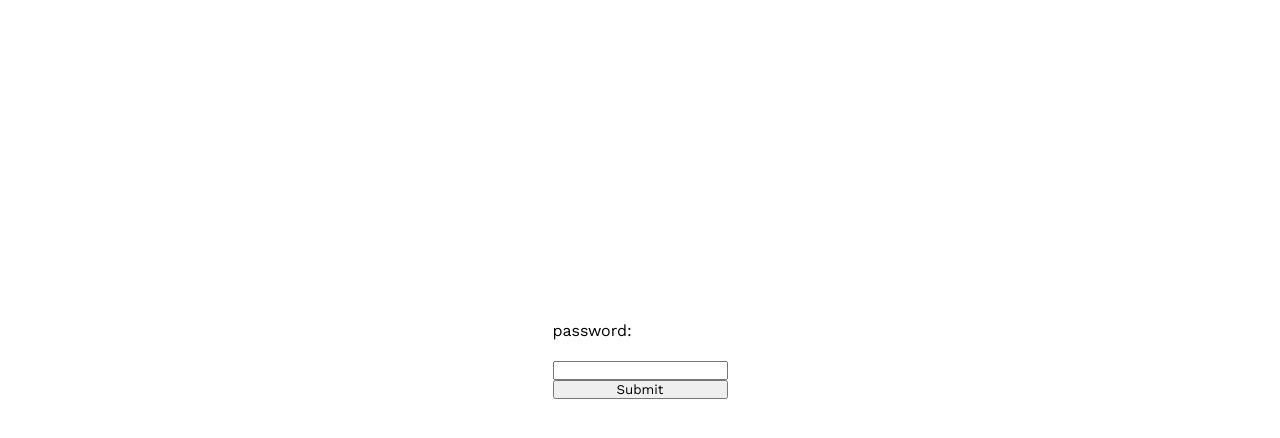
Repository: DOODpls/final_portfolio
Page: http://localhost/login
The author's editor kept a copy of each file at every save. The page is drawn from the files as they stood at one save, then again after the next save.
The browser window is 1280 px wide. The pictures show the whole page.
Some web fonts or font styles are not loaded; a fallback is used. The page is served by the project's Node server (app.js). Other server files are loaded and not shown.

Above is the page before, as saved 2019-12-11 23:26:10.

### views/adminlogin.ejs
<!DOCTYPE html>
<html lang="en">
<head>
  <meta charset="UTF-8">
  <meta name="viewport" content="width=device-width, initial-scale=1.0">
  <meta http-equiv="X-UA-Compatible" content="ie=edge">
  <link rel="stylesheet" href="/css/admin.css">
  <title>Document</title>
</head>
<body>
  <div class="admin-container">
    <form action="/admin" class="adminform">
      <div class="password">
        <p>password: </p>
        <input type="password" name="password" id="password" class="password">
      </div>
      <button type="submit" class="password-submit">Submit</button>
    </form>
  </div>
</body>
</html>

### app.js
const express = require('express');
const mongoose = require('mongoose');
require('dotenv').config();
const pageinfo = require('./page_info')
const app = express();
const path = require('path');

mongoose.connect(process.env.DB_CONNECTION, { useUnifiedTopology: true,useNewUrlParser: true });

const db = mongoose.connection;

db.on('error', console.error.bind(console, 'connection error:'));
db.once('open', function() {
  console.log('DB Connected!!!');
});

app.set('view engine', 'ejs');



app.use(express.urlencoded({ extended: false }));

app.use('/', require('./routes/routes.js'));
app.use('/blogs', require('./routes/routes.js'));
app.use('/admin', require('./routes/routes.js'));
app.use('/login', require('./routes/routes.js'));

app.use(express.static(path.join(__dirname, 'public')));

app.use(function (err, response) {
  console.error(err.body)
  response.status(404).render('404');
})

const PORT = process.env.PORT || 3000;

app.listen(PORT, function(){
  console.log(`Listening on PORT ${PORT}`)
})

### routes/routes.js
const express = require('express');
const pgrtrs = express.Router();
const pagesInfo = require('../page_info');
const bloglist = require('../models/blogschema');
var md = require('markdown-it')({
  html: true,
  linkify: true,
  typographer: true
});
var fs = require("fs");

pgrtrs.get('/', function(request, response){
  response.render('index', {
    pginfo: pagesInfo.index
  })
})

pgrtrs.get('/admin', function(request, response){
  response.render('admin', {
    pginfo: pagesInfo.admin
  })
})

pgrtrs.get('/login', function(request, response){
  response.render('adminlogin', {
    pginfo: pagesInfo.admin
  })
})

pgrtrs.get('/blogs', async function(request, response){
  const blogs = await bloglist.find();
  response.render('blogs', {
    pginfo: pagesInfo.index,
    blogss: blogs,
  })

})

pgrtrs.get('/blogs/:slug', async function(request,response){
  const blogpost = await bloglist
  .where('slug', request.params.slug);

  fs.readFile('./public/blogs/'+ blogpost[0].slug +'.md', function(err, buf) {
    const result = md.render(buf.toString());
    response.render('blogposts', {
      blogpost: blogpost[0],
      blogcont: result,
      title: blogpost[0].title,
      pginfo: pagesInfo.index
    })
  });
})

module.exports = pgrtrs;

### page_info.js
const pagesInfo = {
  index:{
    title:'Floyd Santos',
    link: '/',
    projects: [
      {
        "title" : "Homepage",
        "url" : "https://techhome.netlify.com/",
        "description" : "A basic homepage with 4 section.",
        "photo" : "/images/projs/homepage.png"
      },{
        "title" : "Photograpiya",
        "url" : "https://photograpiya.netlify.com/",
        "description" : "A 4 page portfolio/gallery made with HTML and CSS",
        "photo" : "/images/projs/photograpiya.png"
      },{
        "title" : "Tiles!",
        "url" : "https://jstiles.netlify.com/",
        "description" : "A assignment which we have to fill the section with tiles by using loop",
        "photo" : "/images/projs/tiles.png"
      },{
        "title" : "Mobile Menu",
        "url" : "https://jsmobilemenu.netlify.com/",
        "description" : "This assingment demonstrate how we make mobile menus using media query and JavaScript",
        "photo" : "/images/projs/mobilemenu.png"
      },{
        "title" : "The Weathering",
        "url" : "http://theweathering.netlify.com/",
        "description" : "A web app that shows you the current weather on your location, and you can also search for other cities",
        "photo" : "/images/projs/theweathering.png"
      },{
        "title" : "Darkblogs",
        "url" : "https://blog-secret.herokuapp.com/",
        "description" : "A blog posting website made with NodeJS",
        "photo" : "/images/projs/darkblogs.png"
      },{
        "title" : "MacEwan",
        "url" : "https://dev-macewan-university.pantheonsite.io/",
        "description" : "A website remake using Wordpress.",
        "photo" : "/images/projs/macewan.png"
      },{
        "title" : "Jekyll Portfolio",
        "url" : "https://doodpls.github.io/",
        "description" : "A portfolio made with Jekyll",
        "photo" : "/images/projs/jekyll.png"
      },
    ],
    skills: [
      {
        "class" : "fab fa-node-js",
        "desc" : "NodeJS"
      },{
        "class" : "fab fa-js-square",
        "desc" : "JavaScript"
      },{
        "class" : "fab fa-css3-alt",
        "desc" : "CSS"
      },{
        "class" : "fab fa-html5",
        "desc" : "HTML"
      },{
        "class" : "fab fa-git-alt",
        "desc" : "GIT"
      },{
        "class" : "fab fa-wordpress",
        "desc" : "WordPress"
      }
    ],
    extskills: [
      {
        "imgscr" : "https://cdn3.iconfinder.com/data/icons/brands-applications/512/Photoshop_B-512.png",
        "desc" : "Photoshop"
      },{
        "imgscr" : "https://cdn.onlinewebfonts.com/svg/img_21237.png",
        "desc" : "Illustrator"
      },{
        "imgscr" : "https://cdn4.iconfinder.com/data/icons/logos-and-brands-1/512/8_Premier_Pro_Adobe_logo_logos-512.png",
        "desc" : "Premier"
      },
    ],
    footerlinks: [
      {
        "name" : "twiiter",
        "class" : "fab fa-twitter",
        "links" : "https://bit.ly/2Ech3Jz"
      },{
        "name" : "facebook",
        "class" : "fab fa-facebook-f",
        "links" : "https://bit.ly/2REPtNd"
      },{
        "name" : "instagram",
        "class" : "fab fa-instagram",
        "links" : "https://bit.ly/34fb2qt"
      },{
        "name" : "linkedin",
        "class" : "fab fa-linkedin-in",
        "links" : "https://bit.ly/2RDMLHO"
      },{
        "name" : "github",
        "class" : "fab fa-github",
        "links" : "https://bit.ly/2PaSTpg"
      },{
        "name" : "stackoverflow",
        "class" : "fab fa-stack-overflow",
        "links" : "https://bit.ly/35bb0B4"
      },
    ]
  },
  blogs:{
    title:'Blogs'
  },
  admin: {
    title: 'Admin'
  }
}

module.exports = pagesInfo;

### public/css/admin.css
@import url('./reset.css');
@import url('./fonts.css');

.passworddiv{
  display: flex;
}
.password > p {
  margin-bottom: 20px;
}
.admin-container{
  height: 100vh;
  display: flex;
  justify-content: center;
  align-items: center;
}
.adminform{
  display: flex;
  flex-direction: column;
  justify-content: center;
}

### public/css/reset.css
* {
  margin: 0;
  padding: 0;
  box-sizing: border-box;
  font-family: 'Work Sans', sans-serif;
}

/* ^^^^^^^^^^^^^^FOOTER HAXX^^^^^^^^^^^^^^^^^ */
html, body{ height:100%; margin:0; }

/* Trick */
body{
  display:flex;
  flex-direction:column;
}

footer{
  margin-top:auto;
}

### public/css/fonts.css
@import url('https://fonts.googleapis.com/css?family=Permanent+Marker|Work+Sans&display=swap');
@import url('https://fonts.googleapis.com/css?family=Staatliches&display=swap');

After the next save:
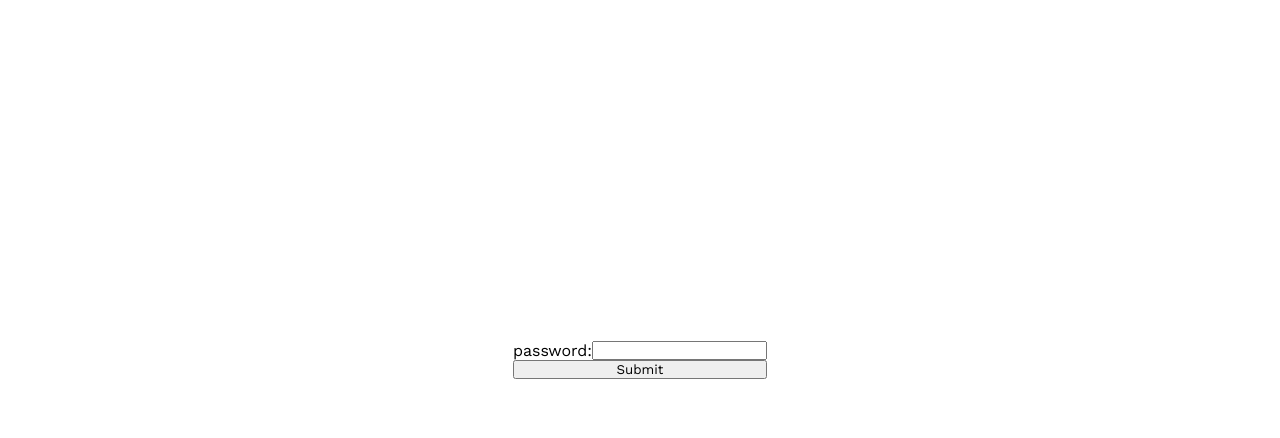
Saved 11 s later.
--- a/views/adminlogin.ejs
+++ b/views/adminlogin.ejs
@@ -10,7 +10,7 @@
 <body>
   <div class="admin-container">
     <form action="/admin" class="adminform">
-      <div class="password">
+      <div class="passworddiv">
         <p>password: </p>
         <input type="password" name="password" id="password" class="password">
       </div>
